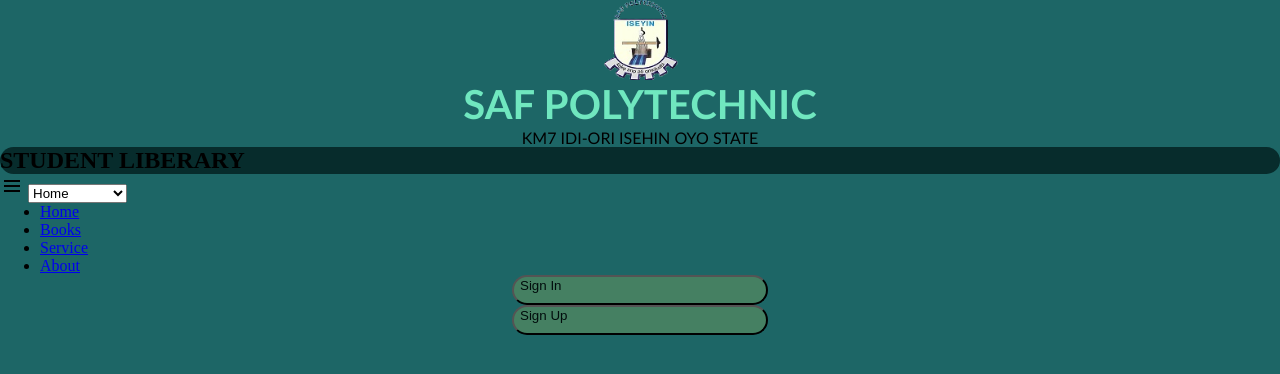
Repository: makinwademila/new-html
Page: index.html
The author's editor kept a copy of each file at every save. The page is drawn from the files as they stood at one save, then again after the next save.
The browser window is 1280 px wide. The pictures show the whole page.

Above is the page before, as saved 2025-02-10 16:37:35.

After the next save:
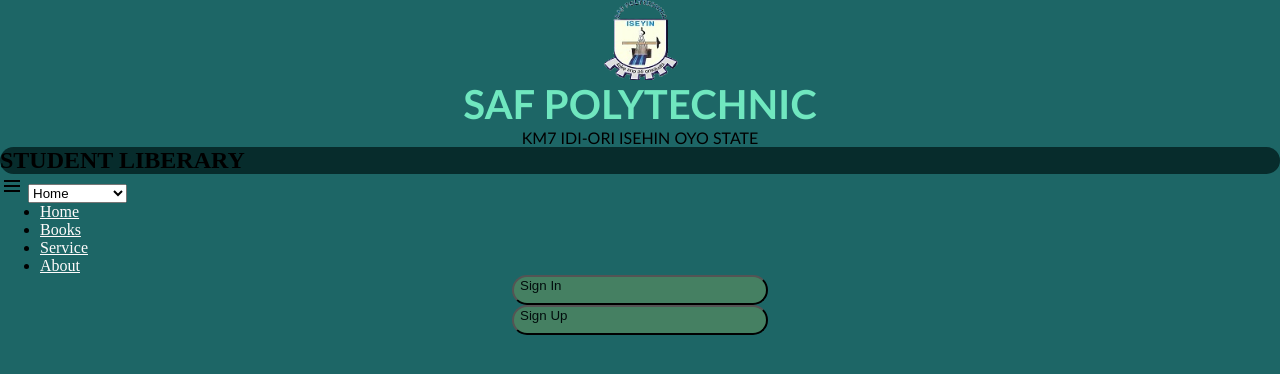
Saved 35 s later.
--- a/style.css
+++ b/style.css
@@ -58,7 +58,7 @@
     border-radius: 20px;
 }
 
-.nav menu ul li a {
+a {
     background-color: transparent;
     color: rgb(255, 252, 252);
     transition: 1s;
@@ -67,11 +67,11 @@
     border-radius: 100px;
 }
 
-.nav menu ul a:hover {
+a:hover {
     color: rgba(255, 219, 14, 0.801);
 }
 
-.nav menu ul a:active {
+a:active {
     background-color: rgb(30, 48, 30);
     transition: 1s ease-in-out;
 }
